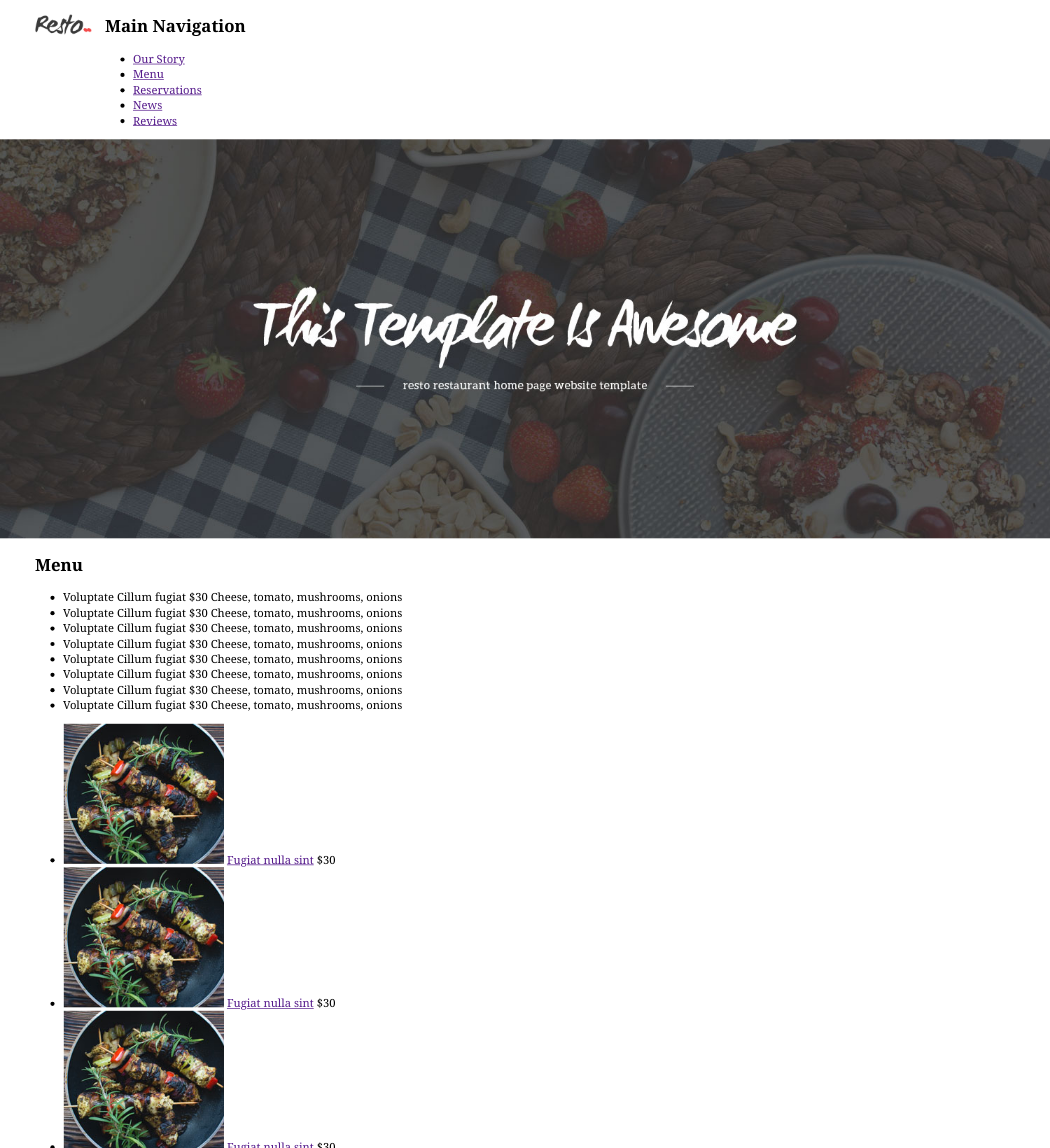
Repository: Piterwk1/psd-to-wordpress
Page: index.html
The author's editor kept a copy of each file at every save. The page is drawn from the files as they stood at one save, then again after the next save.
The browser window is 1280 px wide. The page is 1500 px wide, so the pictures cover 1500 px, including what lies to the right of the window. The pictures show the part of the page from y = 0 to 1640 px (the page is 2253 px tall), at 70% of full size.

Above is the page before, as saved 2021-09-21 04:59:36.

After the next save:
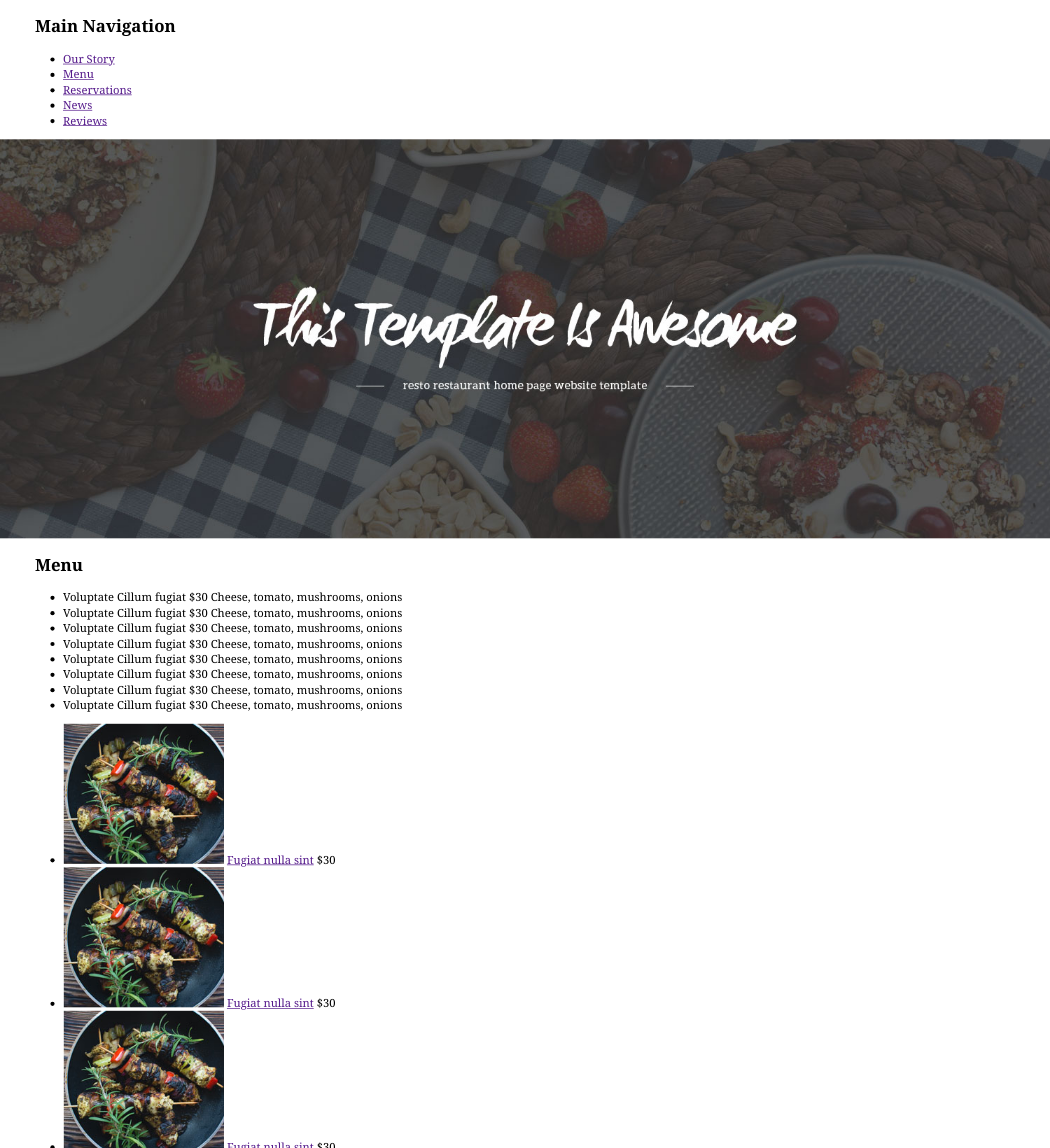
Saved 13 min 18 s later.
--- a/style.css
+++ b/style.css
@@ -22,3 +22,7 @@ h1.logo {
     align-content: space-between;
     width: 100%;
 }
+
+nav {
+    flex: 1 0 100%;
+}

After the save that followed:
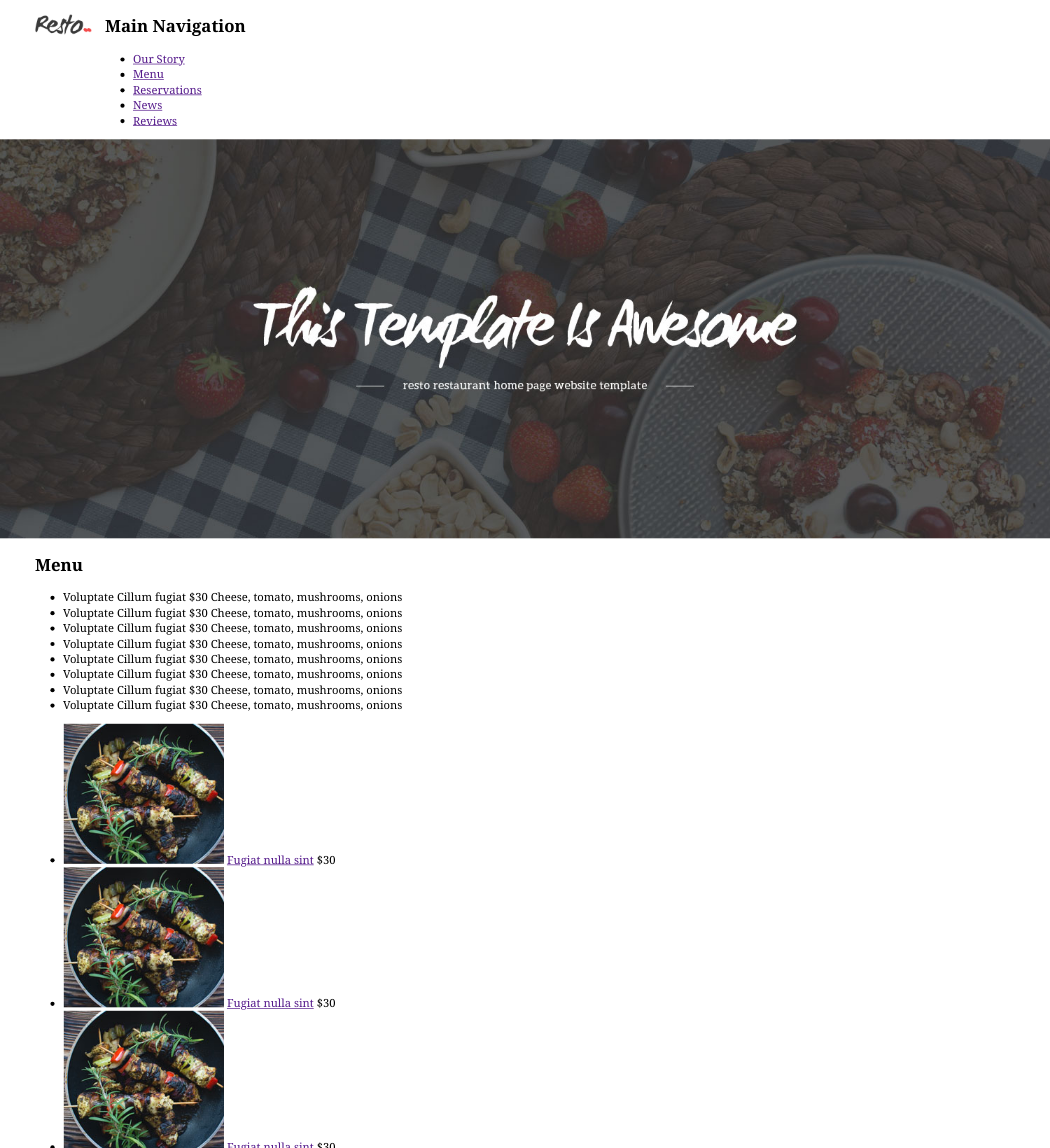
Saved 45 s later.
--- a/style.css
+++ b/style.css
@@ -22,7 +22,3 @@ h1.logo {
     align-content: space-between;
     width: 100%;
 }
-
-nav {
-    flex: 1 0 100%;
-}
